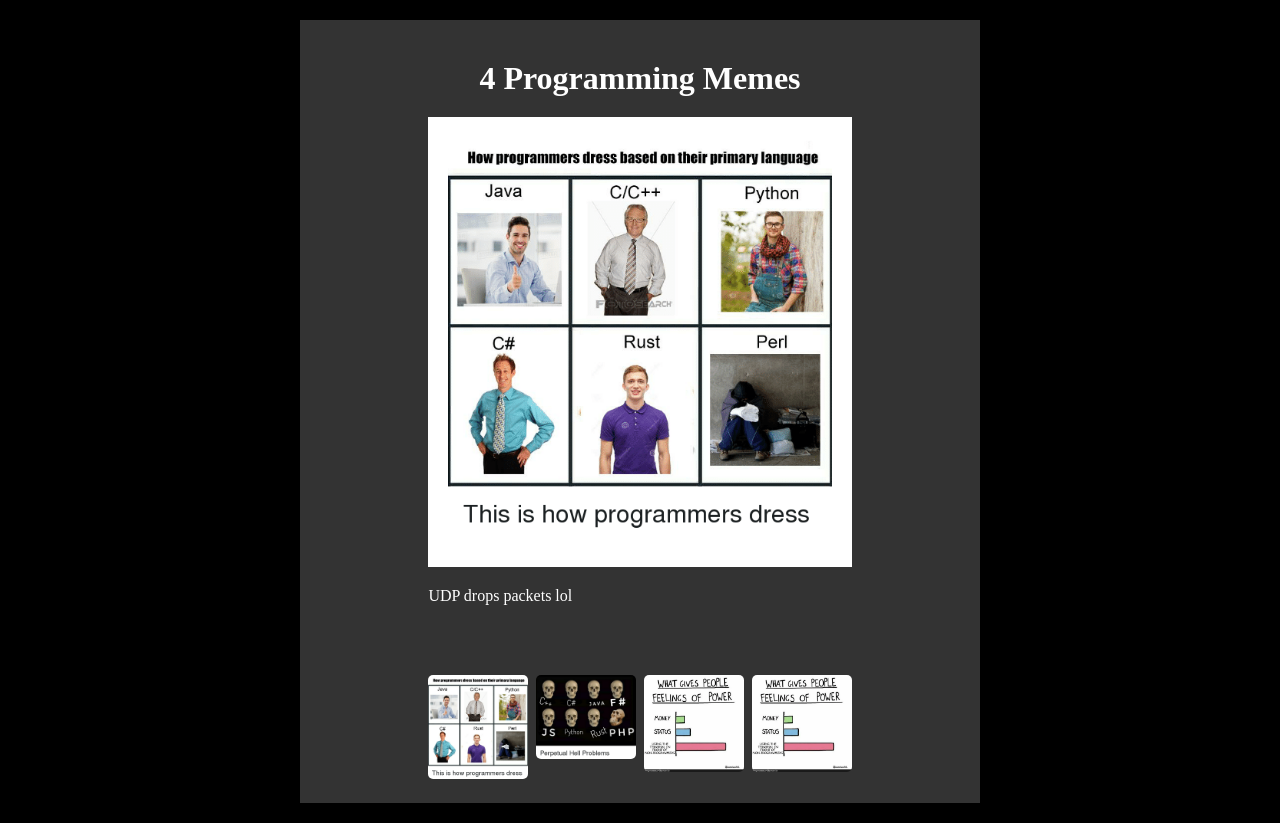
Repository: apopheny/JS230
Page: slideshow/index.html
These files come from the project's save history. The page is drawn as it stood at one moment and after a run of saves; the edit follows.
The browser window is 1280 px wide. The pictures show the whole page.

Above is the page before, as saved 2024-02-05 14:19:35.
Console error: ReferenceError: func is not defined

### slideshow/index.html
<!DOCTYPE html>
<html lang="en">
  <head>
    <meta charset="UTF-8" />
    <meta name="viewport" content="width=device-width, initial-scale=1.0" />
    <title>Meme Slideshow</title>
    <link rel="stylesheet" href="stylesheets/slideshow.css" />
  </head>
  <body>
    <div id="slideshowContainer"></div>

    <script type="text/x-handlebars-template" id="galleryTemplate">
      <div class="slideshow">
        <h1>4 Programming Memes</h1>
        <div>
          {{> loadedPicturePartial this.[0]}}
        </div>
        <div class="gallery">
          {{> imageGalleryPartial this}}
        </div>
      </div>
    </script>

    <script type="text/x-handlebars-template" id="loadedPicturePartial">
      <div class="loadedPicture">
        <img
          src="assets/pic_{{this.id}}.png"
          alt="{{this.alt}}"
          class="loadedPicture"
          data-index="{{this.id}}"
        />
      </div>
      <span id="captionText">{{this.alt}}</span>
    </script>

    <script type="text/x-handlebars-template" id="imageGalleryPartial">
      <div class="image-gallery">
        {{#each this}}
          <a href="#" class="image-thumbnail" data-index"{{@index}}">
            <img
              src="assets/pic_{{this.id}}.png"
              class="image-thumbnail"
              data-index="{{@index}}"
            />
          </a>
        {{/each}}
      </div>
    </script>

    <script src="https://cdn.jsdelivr.net/npm/handlebars@latest/dist/handlebars.js"></script>
    <script src="javascripts/slideshow.js"></script>
  </body>
</html>

### slideshow/stylesheets/slideshow.css
body {
  background-color: #000;
  display: flex;
  justify-content: center;
  align-items: center;
  min-height: 100vh;
  margin: 0;
  padding: 20px; /* Add some padding around the main container */
}

#slideshowContainer {
  display: flex;
  flex-direction: column;
  align-items: center;
  width: 90%; /* Make it responsive to the viewport width */
  max-width: 50vw; /* Set a max-width to prevent it from becoming too large */
  min-height: 100vh; /* Minimum height to take up more viewport space */
  background-color: #333;
  padding: 20px;
  box-shadow: 0 0 10px rgba(0, 0, 0, 0.5);
}

.slideshow h1 {
  text-align: center; /* Center the text horizontally */
  font-size: 2em; /* Increase the font size */
  color: #fff; /* Change the color to white or any color you prefer */
  margin: 0 auto; /* Center the heading and remove default margin */
  padding: 20px 0; /* Add some padding above and below the heading */
}

div.loadedPicture {
  width: 100%; /* Ensure it takes the full width of its container */
  background-color: #fff; /* White background for the image */
  display: flex; /* Use flex to center the image */
  justify-content: center; /* Center the image horizontally */
  padding: 20px; /* Add some padding around the image */
  margin-bottom: 20px;
  box-sizing: border-box; /* Include padding in width calculation */
}

.loadedPicture img {
  max-width: 100%; /* Ensure image does not overflow its container */
  max-height: 400px; /* Adjust based on your preference */
  margin-bottom: 10px; /* Space between image and caption */
}

#captionText {
  color: #fff;
  padding-top: 20px; /* Space between caption and gallery */
  margin-bottom: 20px; /* Space between caption and gallery */
}

.image-gallery {
  padding-top: 70px;
  display: flex;
  flex-wrap: wrap;
  justify-content: space-between;
  width: 100%;
}

.image-thumbnail a {
  display: block;
  margin: 5px; /* Adjust spacing around thumbnails */
}

.image-thumbnail img {
  width: 100px; /* Adjust thumbnail size */
  height: auto; /* Maintain aspect ratio */
  border-radius: 5px; /* Optional: rounded corners for thumbnails */
}

### slideshow/javascripts/slideshow.js
(function () {
  const memes = [
    {
      id: 1,
      alt: "UDP drops packets lol",
    },
    {
      id: 2,
      alt: "But why no JavaScript devs?",
    },
    {
      id: 3,
      alt: "I have never used PHP but still have an opinion somehow",
    },
    {
      id: 4,
      alt: "I am 1337 h4x0r and one day I'll learn grep and cURL",
    },
  ];

  Handlebars.registerPartial(
    "loadedPicturePartial",
    document.getElementById("loadedPicturePartial").innerHTML
  );
  Handlebars.registerPartial(
    "imageGalleryPartial",
    document.getElementById("imageGalleryPartial").innerHTML
  );
  let galleryTemplate = Handlebars.compile(
    document.getElementById("galleryTemplate").innerHTML
  );

  document.getElementById("slideshowContainer").innerHTML =
    galleryTemplate(memes);

  document.addEventListener("DOMContentLoaded", func);
})();

After the next 2 saves:
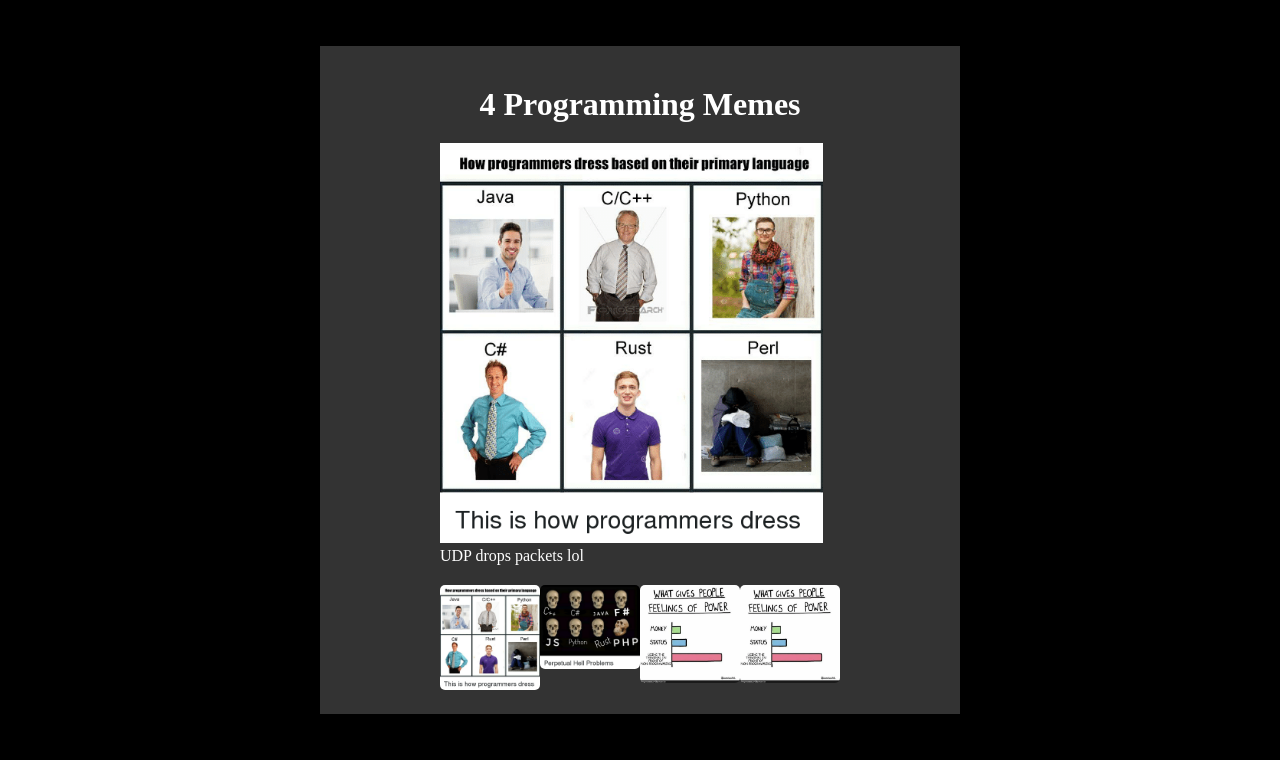
The 2 saves are shown as one change because they came seconds apart.
The last was saved 27 s later.
--- a/slideshow/stylesheets/slideshow.css
+++ b/slideshow/stylesheets/slideshow.css
@@ -13,49 +13,34 @@
   flex-direction: column;
   align-items: center;
   width: 90%; /* Make it responsive to the viewport width */
-  max-width: 50vw; /* Set a max-width to prevent it from becoming too large */
-  min-height: 100vh; /* Minimum height to take up more viewport space */
+  max-width: 600px; /* Adjust the max-width to control the overall size */
   background-color: #333;
   padding: 20px;
   box-shadow: 0 0 10px rgba(0, 0, 0, 0.5);
 }
 
 .slideshow h1 {
-  text-align: center; /* Center the text horizontally */
-  font-size: 2em; /* Increase the font size */
-  color: #fff; /* Change the color to white or any color you prefer */
-  margin: 0 auto; /* Center the heading and remove default margin */
-  padding: 20px 0; /* Add some padding above and below the heading */
-}
-
-div.loadedPicture {
-  width: 100%; /* Ensure it takes the full width of its container */
-  background-color: #fff; /* White background for the image */
-  display: flex; /* Use flex to center the image */
-  justify-content: center; /* Center the image horizontally */
-  padding: 20px; /* Add some padding around the image */
-  margin-bottom: 20px;
-  box-sizing: border-box; /* Include padding in width calculation */
+  color: #fff;
+  text-align: center;
+  font-size: 2em; /* Adjust the font size as needed */
+  margin: 20px 0; /* Add some margin to separate from content */
 }
 
 .loadedPicture img {
-  max-width: 100%; /* Ensure image does not overflow its container */
-  max-height: 400px; /* Adjust based on your preference */
-  margin-bottom: 10px; /* Space between image and caption */
+  max-width: 100%; /* Ensure images don't overflow their container */
+  max-height: 400px; /* Adjust max height as needed */
 }
 
 #captionText {
   color: #fff;
-  padding-top: 20px; /* Space between caption and gallery */
-  margin-bottom: 20px; /* Space between caption and gallery */
+  margin-top: 10px; /* Adjust spacing above the caption */
 }
 
 .image-gallery {
-  padding-top: 70px;
   display: flex;
   flex-wrap: wrap;
-  justify-content: space-between;
-  width: 100%;
+  justify-content: space-around; /* Space out thumbnails evenly */
+  margin-top: 20px; /* Adjust spacing above the gallery */
 }
 
 .image-thumbnail a {
